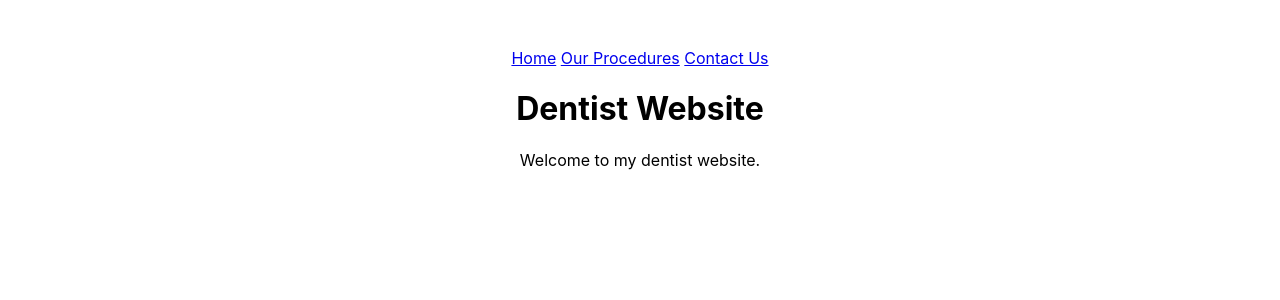
Repository: neldad1/dentist-app
Page: /
The author's editor kept a copy of each file at every save. The page is drawn from the files as they stood at one save, then again after the next save.
The browser window is 1280 px wide. The pictures show the whole page.
The project was rebuilt for these pictures with package versions that can differ from the ones it lists, and the page was loaded fresh each time. Also part of the build but not shown: src/Contact.js, src/Procedures.js.

Above is the page before, as saved 2022-03-08 20:11:29.

After the next save:
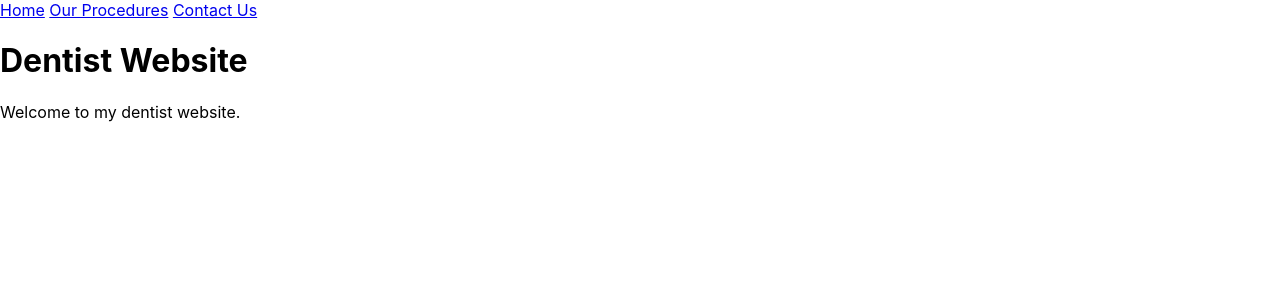
Saved 3 min 13 s later.
--- a/src/App.js
+++ b/src/App.js
@@ -7,7 +7,7 @@
 function App() {
   return (
     <BrowserRouter>
-      <div className="App">
+      <div>
         <nav>
           <Link to="/">Home</Link>
           {'  '}
@@ -15,7 +15,7 @@
           {'  '}
           <Link to="/contact">Contact Us</Link>
         </nav>
-        <Routes>
+        <Routes className="App">
           <Route exact path="/" element={<Home />} />
           <Route path="/procedures" element={<Procedures />} />
           <Route path="/contact" element={<Contact />} />

After the 3 saves that followed:
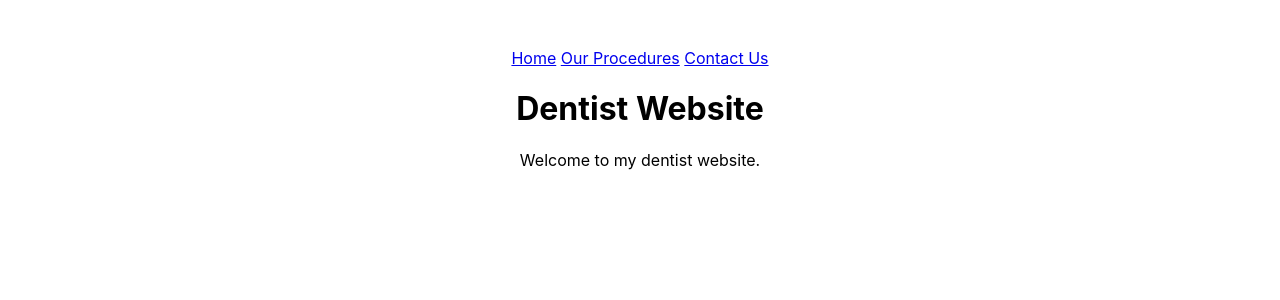
The 3 saves are shown as one change because 2 left the picture as it was.
The last was saved 3 min 9 s later.
--- a/src/App.js
+++ b/src/App.js
@@ -7,7 +7,7 @@
 function App() {
   return (
     <BrowserRouter>
-      <div>
+      <div className="App">
         <nav>
           <Link to="/">Home</Link>
           {'  '}
